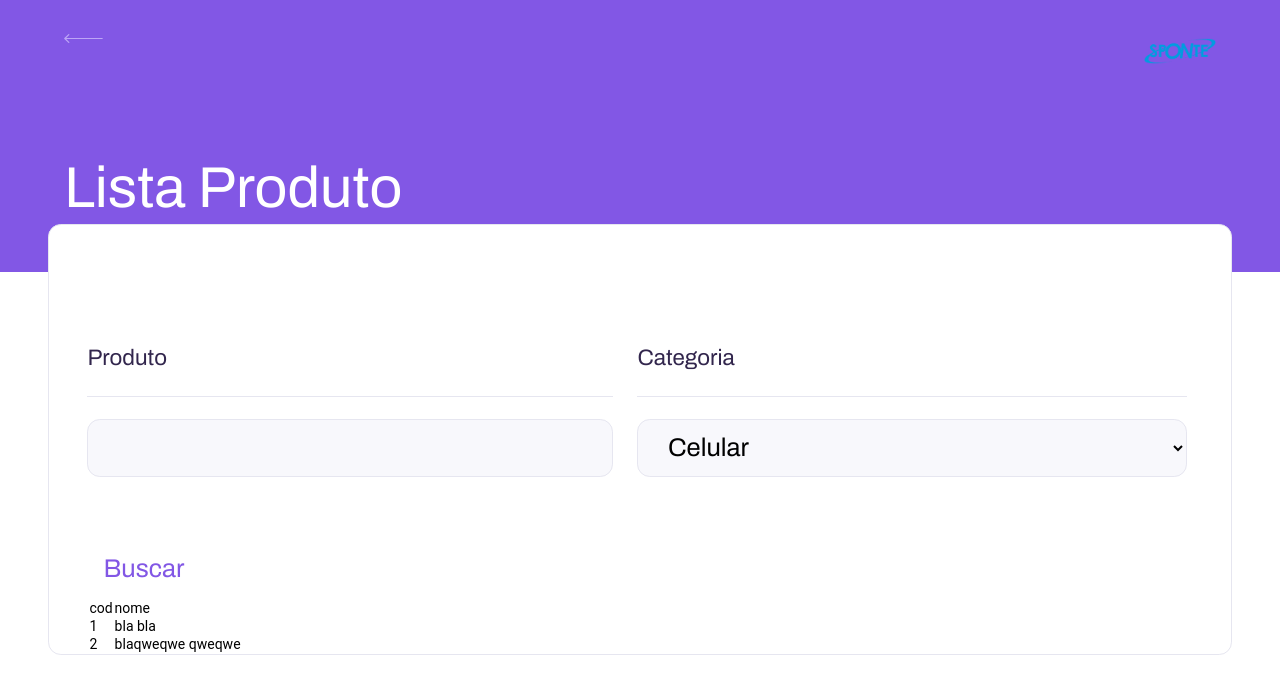
Repository: Henrique-Hoi-Dev/avalia-o-front-end
Page: /list (app in web/)
An editor plug-in stored every save of this project. The page is shown before and after the next save, followed by the edit.
The browser window is 1280 px wide. The pictures show the whole page.
The project was rebuilt for these pictures with package versions that can differ from the ones it lists, and the page was loaded fresh each time. Also part of the build but not shown: web/src/pages/Home/styles.js, web/src/pages/Home/index.js, web/src/services/api.js, web/src/pages/RegistrationProduct/styles.js, web/src/components/HeaderRecord/styles.js, web/src/components/HeaderRecord/index.js, web/src/pages/RegistrationProduct/Avatarinput/styles.js, web/src/pages/RegistrationProduct/Avatarinput/index.js and 1 more.

Above is the page before, as saved 2020-09-02 21:20:56.

After the next save:
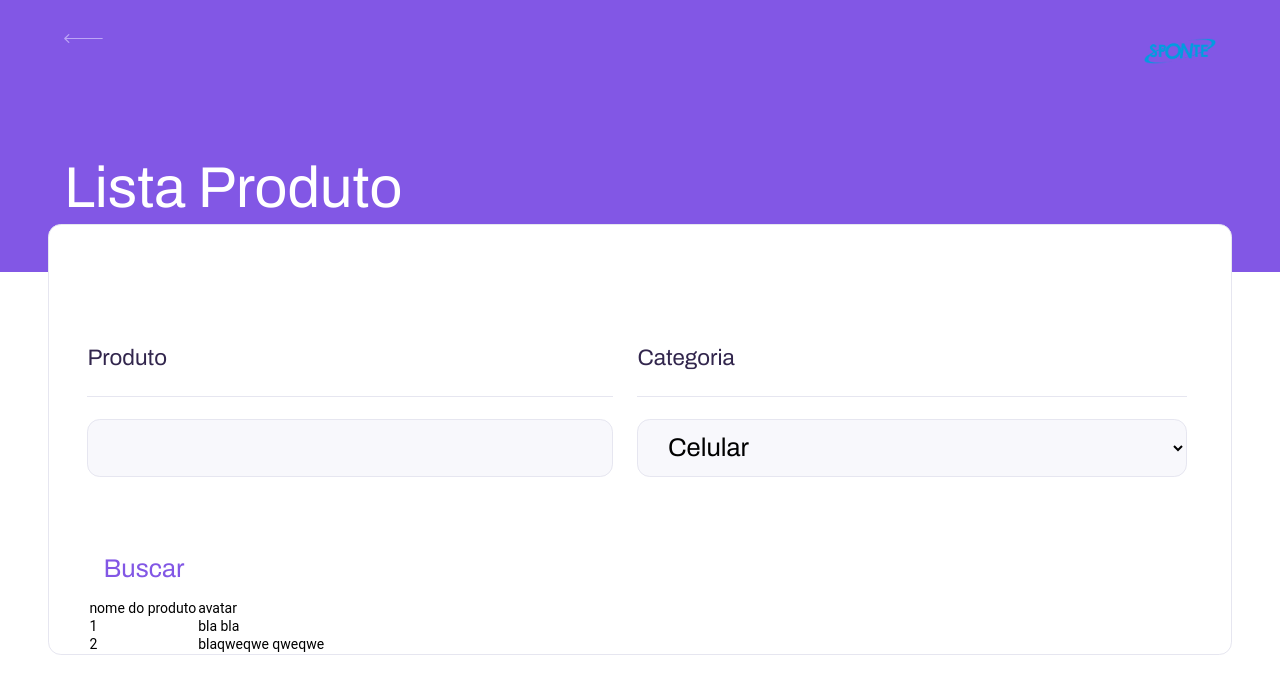
Saved 2 min 3 s later.
--- a/web/src/pages/ListProduct/index.js
+++ b/web/src/pages/ListProduct/index.js
@@ -50,9 +50,9 @@ function ListProduct() {
               <button type="submit">Buscar</button>
 
               <table className="table-list">
-                <thead>
-                  <td>cod</td>
-                  <td>nome</td>
+                <thead className="table-title">
+                  <td>nome do produto</td>
+                  <avatar>avatar</avatar>
                 </thead>
                 <tbody>
                   <tr>
